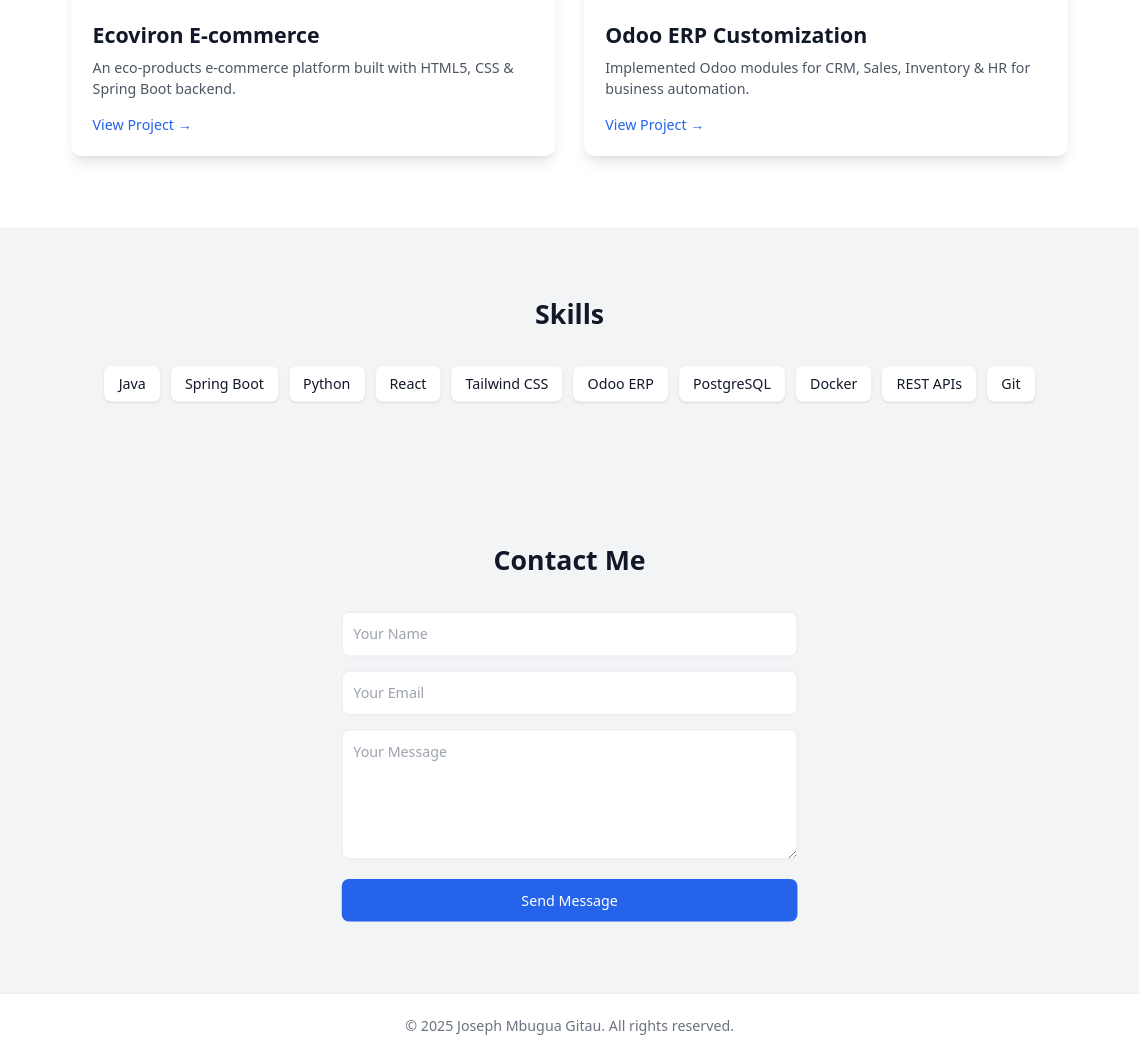
Repository: mbuguag/Portfolio
Page: /about
These files come from the project's save history. The page is drawn as it stood at one moment and after a run of saves; the edit follows.
The browser window is 1280 px wide. The pictures show the part of the page from y = 1404 to 2593 px (the page is 2593 px tall), at 89% of full size.
The project was rebuilt for these pictures with package versions that can differ from the ones it lists, and the page was loaded fresh each time. Also part of the build but not shown: vite.config.js.

Above is the page before, as saved 2025-10-24 07:43:24.

After the next 2 saves:
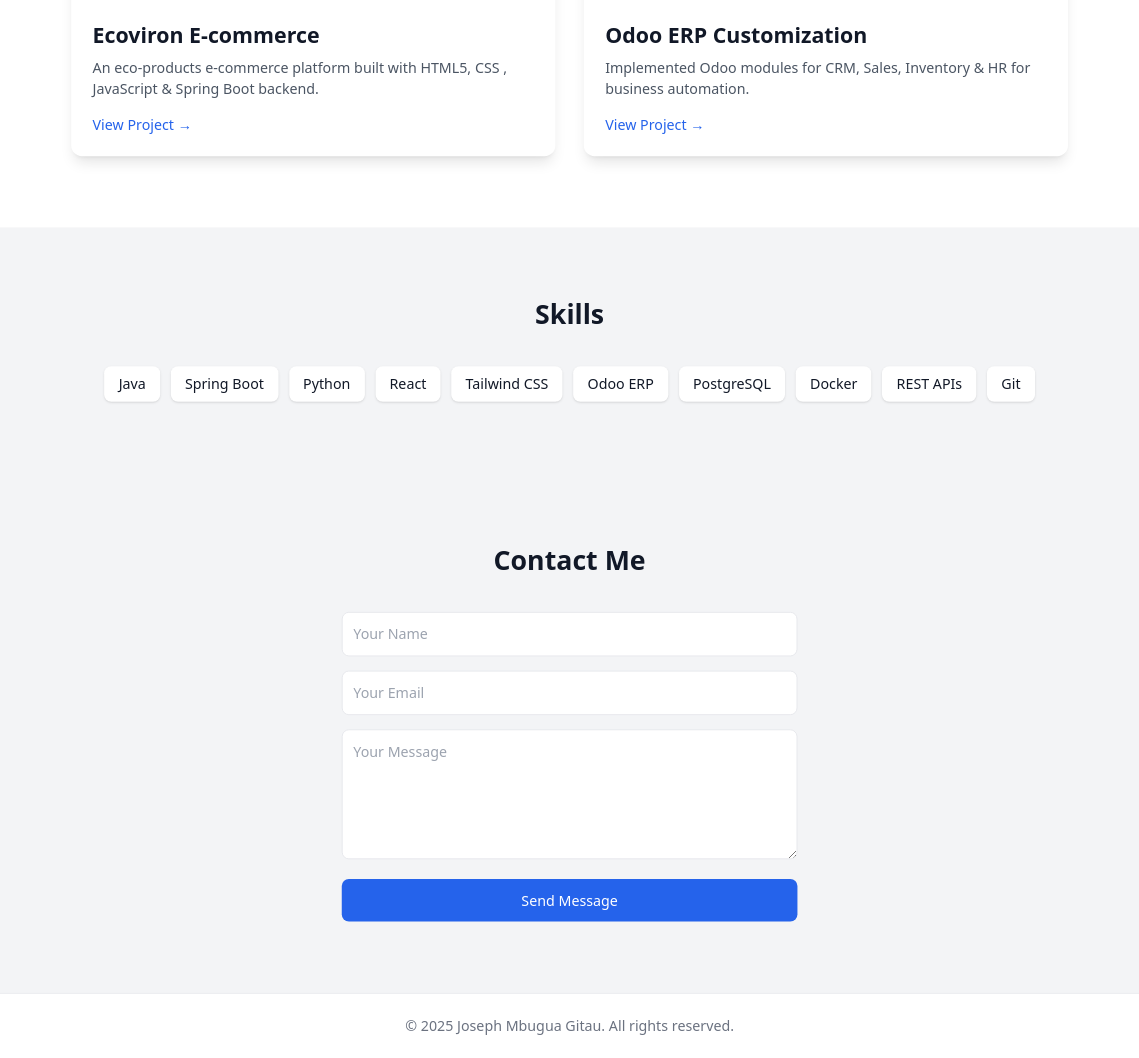
The 2 saves are shown as one change because they came seconds apart.
The last was saved 7 s later.
--- a/src/components/Projects.jsx
+++ b/src/components/Projects.jsx
@@ -1,7 +1,7 @@
 const projects = [
   {
     title: "Ecoviron E-commerce",
-    description: "An eco-products e-commerce platform built with HTML5, CSS  & Spring Boot backend.",
+    description: "An eco-products e-commerce platform built with HTML5, CSS , JavaScript & Spring Boot backend.",
     image: "/project1.png",
     link: "https://bionix-hse.co.ke",
   },
